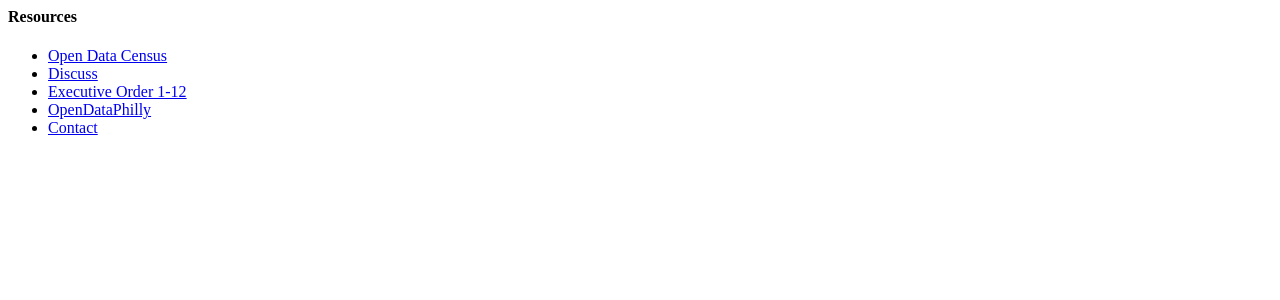
Repository: CityOfPhiladelphia/slash-data
Page: _includes/panel.html
The author's editor kept a record of every edit. The page is drawn from the files as they stood at one moment, then again after the next edit.
The browser window is 1280 px wide. The pictures show the whole page.

Above is the page before.

After the next edit:
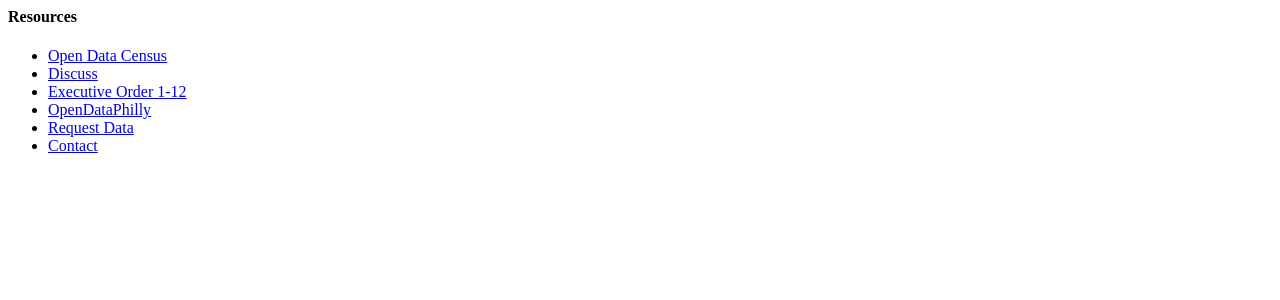
The edit:
--- a/_includes/panel.html
+++ b/_includes/panel.html
@@ -8,6 +8,7 @@
         <li><a href="{{ "/discuss/" | prepend: site.baseurl }}">Discuss</a></li>
         <li><a href="{{ "/executive-order" | prepend: site.baseurl }}">Executive Order 1-12</a></li>
         <li><a href="http://opendataphilly.org" target="_blank">OpenDataPhilly</a></li>
+        <li><a href="{{ "/request/" | prepend: site.baseurl }}">Request Data</a></li>
         <li><a href="mailto:mailto:data@phila.gov">Contact</a></li>
     </ul>
 
